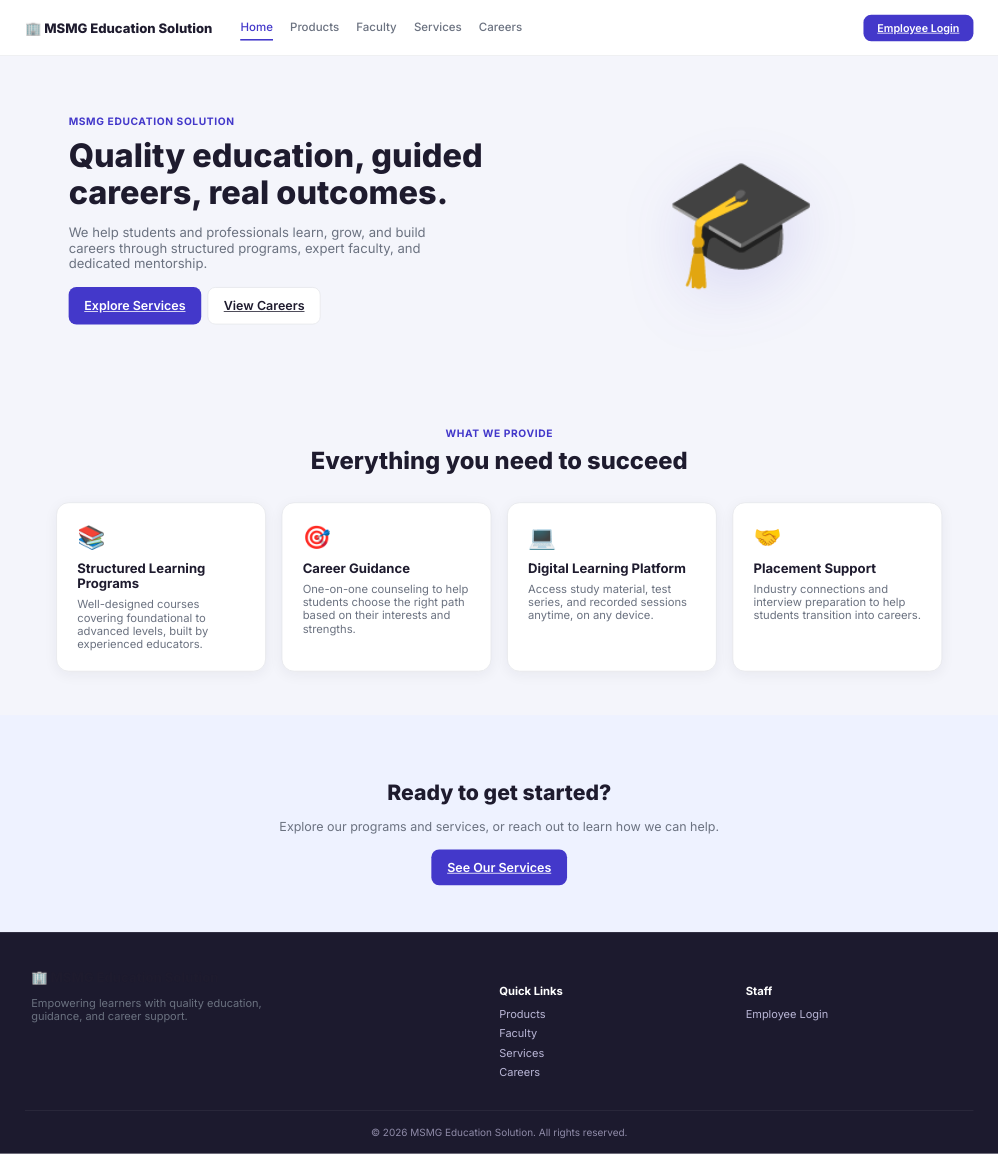
Repository: Kumarankit666/HRMS
Page: / (app in frontend/)
These files come from the project's save history. The page is drawn as it stood at one moment and after the next save; the edit follows.
The browser window is 1280 px wide. The pictures show the whole page, at 78% of full size.
The project was rebuilt for these pictures with package versions that can differ from the ones it lists, and the page was loaded fresh each time. Also part of the build but not shown: frontend/vite.config.js, frontend/src/components/ProtectedRoute.jsx, frontend/src/components/AppLayout.jsx, frontend/src/pages/public/Products.jsx, frontend/src/pages/public/Faculty.jsx, frontend/src/pages/public/Services.jsx, frontend/src/pages/public/Careers.jsx, frontend/src/pages/Login.jsx and 17 more.

Above is the page before, as saved 2026-07-21 00:34:37.

After the next save:
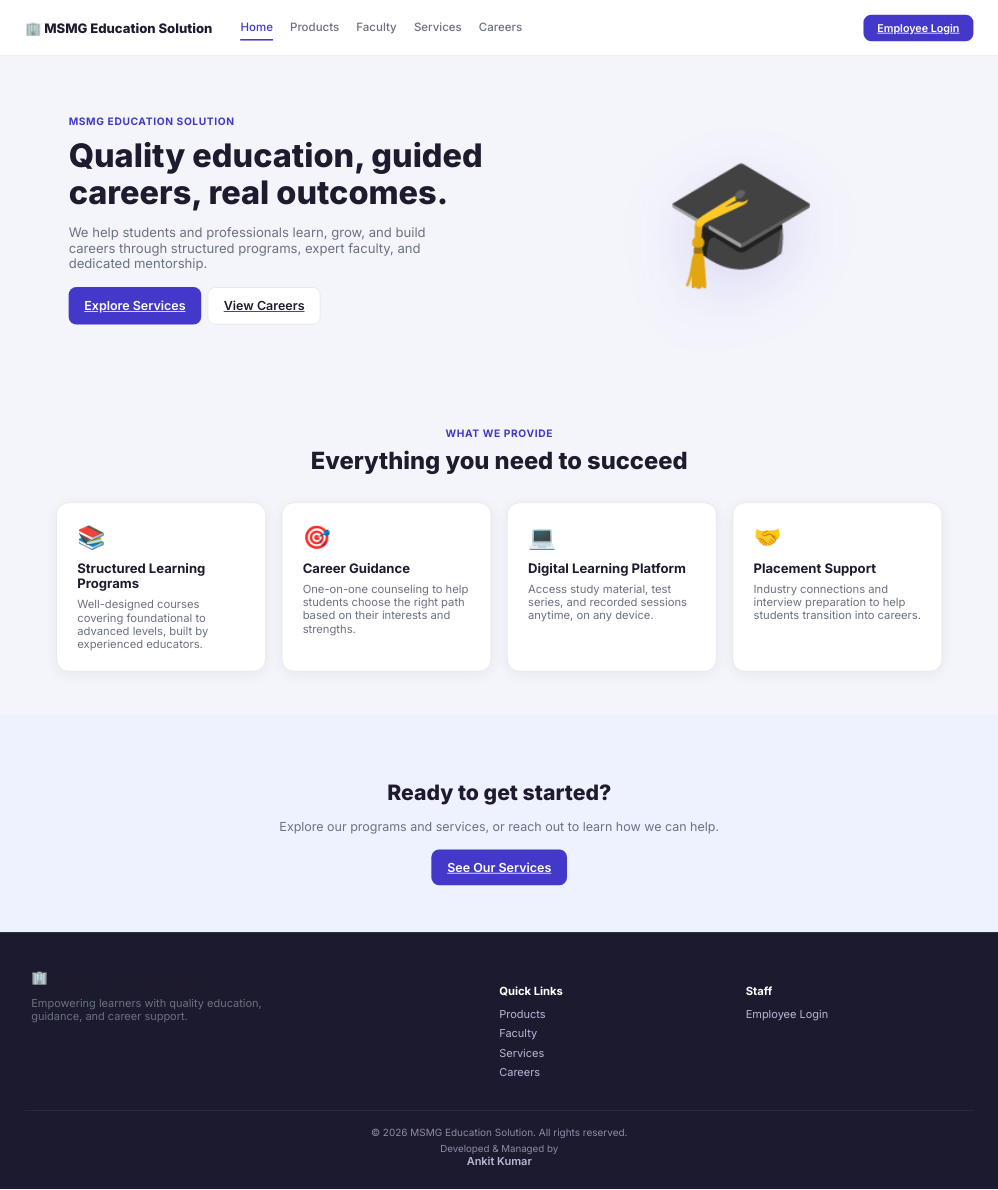
Saved 54 s later.
--- a/frontend/src/components/PublicLayout.jsx
+++ b/frontend/src/components/PublicLayout.jsx
@@ -49,6 +49,9 @@ export default function PublicLayout() {
           </div>
         </div>
         <div className="pub-footer-bottom">© {new Date().getFullYear()} MSMG Education Solution. All rights reserved.</div>
+        <div className="dev-credit" style={{ marginTop: 6 }}>
+          Developed &amp; Managed by <a href="https://www.kumarankit.in/" target="_blank" rel="noreferrer">Ankit Kumar</a>
+        </div>
       </footer>
     </div>
   );
